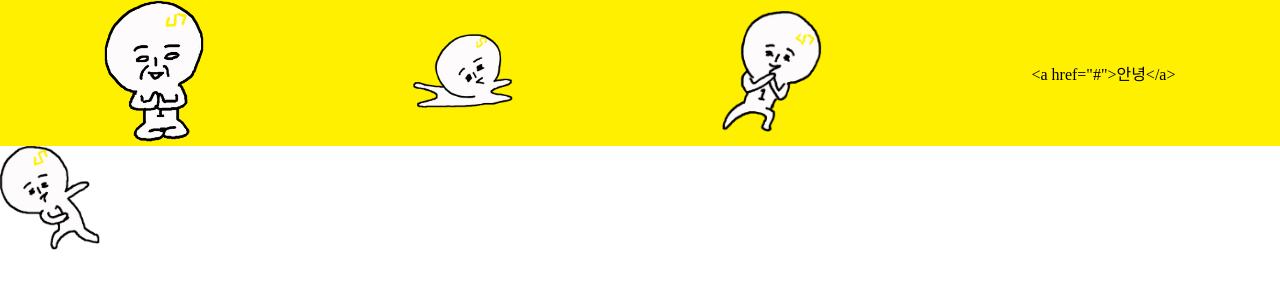
Repository: ggandory/interactiveweb
Page: Interactive_section4-js-start/index.html
These files come from the project's save history. The page is drawn as it stood at one moment and after the next save; the edit follows.
The browser window is 1280 px wide. The pictures show the whole page.

Above is the page before, as saved 2024-10-07 17:51:54.

### Interactive_section4-js-start/index.html
<!DOCTYPE html>
<html>

<head>
    <meta charset="UTF-8">
    <meta name="viewport" content="width=device-width, initial-scale=1.0">
    <meta http-equiv="X-UA-Compatible" content="ie=edge">
    <title>Interactive Web</title>
    <link rel="stylesheet" href="css/reset.css">
    <style>
        img {
            max-width: 100%;
            height: auto;
        }

        .characters {
            display: flex;
            align-items: center;
            justify-content: space-around;
            background: #fff000;
        }

        .ilbuni {
            width: 100px;
            cursor: pointer;
        }

        .characters .ilbuni {
            display: inline-block;
        }

        .special {
            border: 10px dashed red;
        }
    </style>
</head>

<body>
    <div class="characters">
        <div class="ilbuni a">
            <img src="images/ilbuni_0.png" alt="일분이">
        </div>
        <div class="ilbuni b">
            <img src="images/ilbuni_1.png" alt="일분이">
        </div>
        <div class="ilbuni c">
            <img src="images/ilbuni_2.png" alt="일분이">
        </div>
    </div>
    <div class="ilbuni d">
        <img src="images/ilbuni_3.png" alt="일분이">
    </div>

    <script>
        const ilbuni = document.querySelector('.a');
        console.log(ilbuni);
        const ilbuniGroup = document.querySelectorAll('.ilbuni');
        console.log(ilbuniGroup[2]);
        const char = document.querySelector('.characters');
        char.setAttribute('data-id', 123);
        char.getAttribute('data-id');
        char.dataset.id = 777;
        console.log(char.dataset);
        const ptag = document.createElement('p');
        ptag.innerText = '<a href="#">안녕</a>'
        /*
        innerText로 처리하면 진짜 말그대로 문자로 들어가버림
        근데
        innerHTML로 처리하면 a태그나 다양한 시멘틱 태그 넣을 수 있음
        */
        char.appendChild(ptag);
    </script>
</body>

</html>

Loaded but not shown: Interactive_section4-js-start/css/reset.css (common file)

After the next save:
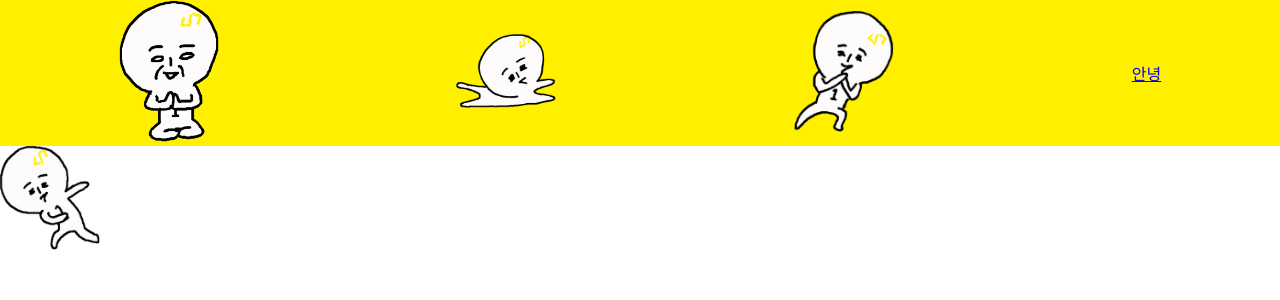
Saved 12 s later.
--- a/Interactive_section4-js-start/index.html
+++ b/Interactive_section4-js-start/index.html
@@ -62,7 +62,7 @@
         char.dataset.id = 777;
         console.log(char.dataset);
         const ptag = document.createElement('p');
-        ptag.innerText = '<a href="#">안녕</a>'
+        ptag.innerHTML = '<a href="#">안녕</a>'
         /*
         innerText로 처리하면 진짜 말그대로 문자로 들어가버림
         근데
